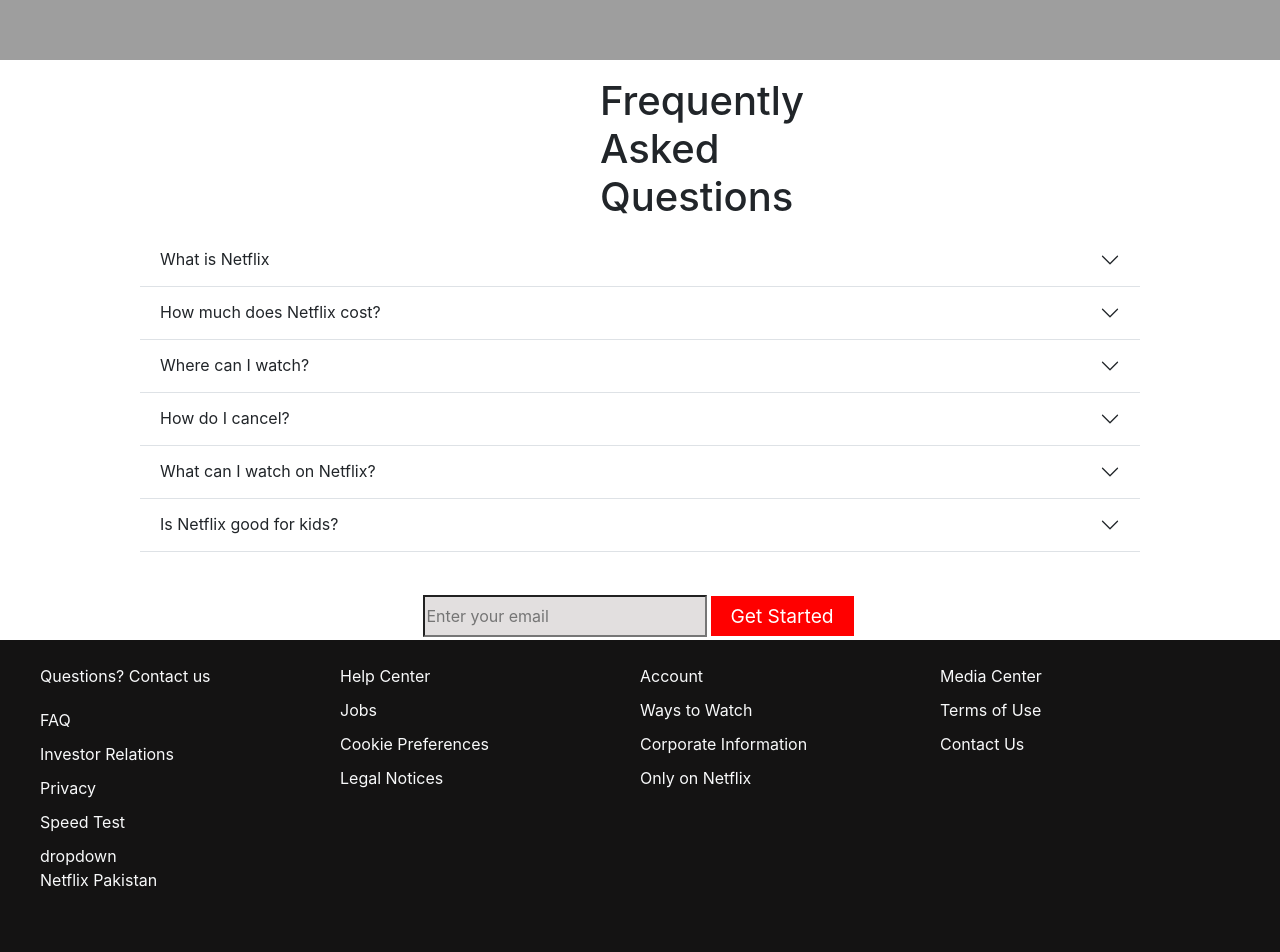
Repository: WajihaGul/Netflix-Clone
Page: /
These files come from the project's save history. The page is drawn as it stood at one moment and after the next save; the edit follows.
The browser window is 1280 px wide. The pictures show the part of the page from y = 561 to 1513 px (the page is 1513 px tall before and 1473 px after).
Pictures or frames that could not be fetched are drawn as grey boxes. The project was rebuilt for these pictures with package versions that can differ from the ones it lists, and the page was loaded fresh each time. Also part of the build but not shown: src/App.css.

Above is the page before, as saved 2024-05-24 15:28:01.

### public/index.html
<!DOCTYPE html>
<html lang="en">
  <head>
    <meta charset="utf-8" />
    <link rel="icon" href="https://encrypted-tbn0.gstatic.com/images?q=tbn:ANd9GcSJd82jZdXs8Uj9CX3mJFuRF27MZB7q_34xAg&s" />
    <meta name="viewport" content="width=device-width, initial-scale=1" />
    <meta name="theme-color" content="#000000" />
    <meta
      name="description"
      content="Web site created using create-react-app"
    />
    <link rel="apple-touch-icon" href="%PUBLIC_URL%/logo192.png" />
    <!--
      manifest.json provides metadata used when your web app is installed on a
      user's mobile device or desktop. See https://developers.google.com/web/fundamentals/web-app-manifest/
    -->
    <link rel="manifest" href="%PUBLIC_URL%/manifest.json" />
    <!--
      Notice the use of %PUBLIC_URL% in the tags above.
      It will be replaced with the URL of the `public` folder during the build.
      Only files inside the `public` folder can be referenced from the HTML.

      Unlike "/favicon.ico" or "favicon.ico", "%PUBLIC_URL%/favicon.ico" will
      work correctly both with client-side routing and a non-root public URL.
      Learn how to configure a non-root public URL by running `npm run build`.
    -->
    <title>Netflix- Watch TV Shows Online, Watch Movies Online</title>
  </head>
  <body>
    <noscript>You need to enable JavaScript to run this app.</noscript>
    <div id="root"></div>
    <!--
      This HTML file is a template.
      If you open it directly in the browser, you will see an empty page.

      You can add webfonts, meta tags, or analytics to this file.
      The build step will place the bundled scripts into the <body> tag.

      To begin the development, run `npm start` or `yarn start`.
      To create a production bundle, use `npm run build` or `yarn build`.
    -->
  </body>
</html>

### src/index.js
import "bootstrap/dist/css/bootstrap.min.css";
import React from "react";
import ReactDOM from "react-dom/client";
import "./index.css";
import App from "./App";
import reportWebVitals from "./reportWebVitals";

const root = ReactDOM.createRoot(document.getElementById("root"));
root.render(
  <React.StrictMode>
    <App />
  </React.StrictMode>
);

// If you want to start measuring performance in your app, pass a function
// to log results (for example: reportWebVitals(console.log))
// or send to an analytics endpoint. Learn more: https://bit.ly/CRA-vitals
reportWebVitals();

### src/App.js
import "./App.css";
import Footer from "./Components/Footer/Footer";
import FAQs from "./Components/FAQs/FAQs";
import SignupHere from "./Components/SignupHere/SignupHere";

function App() {
  return (
    <>
      <SignupHere />
      <FAQs />
      <Footer />
    </>
  );
}

export default App;

### src/Components/Footer/Footer.jsx
import React from "react";
import styles from "./Footer.module.css";
const Footer = () => {
  return (
    <>
      <footer className={`bg-dark text-light py-4 ${styles.mainclass}`}>
        <div className={styles.container}>
          <div className="row">
            <div className={styles.FooterHere}>
              <div className="col-lg-12">
                <p>Questions? Contact us </p>
                <ul>
                  <li>FAQ</li>
                  <li>Investor Relations</li>
                  <li>Privacy</li>
                  <li>Speed Test</li>
                  dropdown
                  <li>Netflix Pakistan</li>
                </ul>
              </div>

              <div className="col-lg-12">
                <ul>
                  <li>Help Center</li>
                  <li>Jobs</li>
                  <li>Cookie Preferences</li>
                  <li>Legal Notices</li>
                </ul>
              </div>

              <div className="col-lg-12 ">
                <ul>
                  <li>Account</li>
                  <li>Ways to Watch</li>
                  <li>Corporate Information</li>
                  <li>Only on Netflix</li>
                </ul>
              </div>

              <div className="col-lg-12 ">
                <ul>
                  <li>Media Center</li>
                  <li>Terms of Use</li>
                  <li>Contact Us</li>
                </ul>
              </div>
            </div>
          </div>
        </div>
      </footer>
    </>
  );
};

export default Footer;

### src/Components/FAQs/FAQs.jsx
import "bootstrap/dist/js/bootstrap.bundle.min.js"; // Import Bootstrap JavaScript
import React from "react";
import styles from "./FAQs.module.css";
const FAQs = () => {
  return (
    <>
      <h1 className={styles.faqh1}>Frequently Asked Questions</h1>
      <div
        className={`accordion accordion-flush id="accordionFlushExample" ${styles.container}`}
      >
        <div className="accordion-item">
          <h2 className="accordion-header">
            <button
              className="accordion-button collapsed"
              type="button"
              data-bs-toggle="collapse"
              data-bs-target="#flush-collapseOne"
              aria-expanded="false"
              aria-controls="flush-collapseOne"
            >
              What is Netflix
            </button>
          </h2>
          <div
            id="flush-collapseOne"
            className="accordion-collapse collapse"
            data-bs-parent="#accordionFlushExample"
          >
            <div className="accordion-body">
              Netflix is a streaming service that offers a wide variety of
              award-winning TV shows, movies, anime, documentaries, and more on
              thousands of internet-connected devices. You can watch as much as
              you want, whenever you want without a single commercial – all for
              one low monthly price. There's always something new to discover
              and new TV shows and movies are added every week!
            </div>
          </div>
        </div>
        <div className="accordion-item">
          <h2 className="accordion-header">
            <button
              className="accordion-button collapsed"
              type="button"
              data-bs-toggle="collapse"
              data-bs-target="#flush-collapseTwo"
              aria-expanded="false"
              aria-controls="flush-collapseTwo"
            >
              How much does Netflix cost?
            </button>
          </h2>
          <div
            id="flush-collapseTwo"
            className="accordion-collapse collapse"
            data-bs-parent="#accordionFlushExample"
          >
            <div className="accordion-body">
              Watch Netflix on your smartphone, tablet, Smart TV, laptop, or
              streaming device, all for one fixed monthly fee. Plans range from
              Rs 250 to Rs 1,100 a month. No extra costs, no contracts.
            </div>
          </div>
        </div>
        <div className="accordion-item">
          <h2 className="accordion-header">
            <button
              className="accordion-button collapsed"
              type="button"
              data-bs-toggle="collapse"
              data-bs-target="#flush-collapseThree"
              aria-expanded="false"
              aria-controls="flush-collapseThree"
            >
              Where can I watch?
            </button>
          </h2>
          <div
            id="flush-collapseThree"
            className="accordion-collapse collapse"
            data-bs-parent="#accordionFlushExample"
          >
            <div className="accordion-body">
              Watch anywhere, anytime. Sign in with your Netflix account to
              watch instantly on the web at netflix.com from your personal
              computer or on any internet-connected device that offers the
              Netflix app, including smart TVs, smartphones, tablets, streaming
              media players and game consoles. You can also download your
              favorite shows with the iOS, Android, or Windows 10 app. Use
              downloads to watch while you're on the go and without an internet
              connection. Take Netflix with you anywhere.
            </div>
          </div>
        </div>
        <div className="accordion-item">
          <h2 className="accordion-header">
            <button
              className="accordion-button collapsed"
              type="button"
              data-bs-toggle="collapse"
              data-bs-target="#flush-collapseOne"
              aria-expanded="false"
              aria-controls="flush-collapseOne"
            >
              How do I cancel?
            </button>
          </h2>
          <div
            id="flush-collapseOne"
            className="accordion-collapse collapse"
            data-bs-parent="#accordionFlushExample"
          >
            <div className="accordion-body">
              Netflix is flexible. There are no pesky contracts and no
              commitments. You can easily cancel your account online in two
              clicks. There are no cancellation fees – start or stop your
              account anytime.
            </div>
          </div>
        </div>
        <div className="accordion-item">
          <h2 className="accordion-header">
            <button
              className="accordion-button collapsed"
              type="button"
              data-bs-toggle="collapse"
              data-bs-target="#flush-collapseTwo"
              aria-expanded="false"
              aria-controls="flush-collapseTwo"
            >
              What can I watch on Netflix?
            </button>
          </h2>
          <div
            id="flush-collapseTwo"
            className="accordion-collapse collapse"
            data-bs-parent="#accordionFlushExample"
          >
            <div className="accordion-body">
              Netflix has an extensive library of feature films, documentaries,
              TV shows, anime, award-winning Netflix originals, and more. Watch
              as much as you want, anytime you want.
            </div>
          </div>
        </div>
        <div className="accordion-item">
          <h2 className="accordion-header">
            <button
              className="accordion-button collapsed"
              type="button"
              data-bs-toggle="collapse"
              data-bs-target="#flush-collapseThree"
              aria-expanded="false"
              aria-controls="flush-collapseThree"
            >
              Is Netflix good for kids?
            </button>
          </h2>
          <div
            id="flush-collapseThree"
            className="accordion-collapse collapse"
            data-bs-parent="#accordionFlushExample"
          >
            <div className="accordion-body">
              The Netflix Kids experience is included in your membership to give
              parents control while kids enjoy family-friendly TV shows and
              movies in their own space. Kids profiles come with PIN-protected
              parental controls that let you restrict the maturity rating of
              content kids can watch and block specific titles you don’t want
              kids to see.
            </div>
          </div>
        </div>
        <div>
          <p className={styles.SignupText}>
            Ready to watch? Enter your email to create or restart your
            membership
          </p>
          <div className={styles.signupwithbtn}>
            <input
              className={styles.SignupForm}
              type="email"
              id="email"
              name="email"
              placeholder="Enter your email"
              required
            />
            <button className={styles.SignUpBtn}>Get Started</button>
          </div>
        </div>
      </div>
    </>
  );
};
export default FAQs;

### src/Components/SignupHere/SignupHere.jsx
import styles from "./SignupHere.module.css";

const SignupHere = () => {
  return (
    <>
      <div className={styles.imgContainer}>
        <div className={`expand-lg bg-body-tertiary ${styles.navcontainer} `}>
          <h1>NETFLIX</h1>
          className={`expand-lg bg-body-tertiary ${styles.navcontainer} `}
          <div className="container-fluid">
            <a className={styles.brand} href="#">
              <span className={styles.navstyle}>NETFLIX</span>
            </a>

            <button className={styles.navbtn} type="submit">
              Sign in
            </button>
          </div>
          <div className={styles.SignupTextDiv}>
            <h1 className={styles.SignupText}>
              Unlimited movies, TV shows, and more
            </h1>
            <p className={styles.SignupText}>Watch anywhere. Cancel anytime.</p>
            <p className={styles.SignupText}>
              Ready to watch? Enter your email to create or restart your
              membership
            </p>
            <div>
              <input
                className={styles.SignupForm}
                type="email"
                id="email"
                name="email"
                placeholder="Enter your email"
                required
              />
              <button className={styles.SignUpBtn}>Get Started</button>
            </div>
          </div>
        </div>
      </div>
    </>
  );
};

export default SignupHere;

### src/Components/Footer/Footer.module.css
.mainclass{
    background-color: #141313 !important;
}
.container {
    max-width: 1200px;
    margin: 0 auto;

  }

  .FooterHere {
    display: flex;
    flex-wrap: wrap;
    justify-content: space-between;
  }

  .FooterHere > div {
    flex: 1;
    min-width: 200px;
    margin-bottom: 20px;
  }

  ul {
    list-style: none;
    padding: 0;
  }

  ul li {
    margin-bottom: 10px;
    cursor: pointer;
  }

  ul li:hover {
    text-decoration: underline;
  }

  footer p {
    margin-bottom: 20px;
  }

  @media (max-width: 768px) {
    .FooterHere {
      flex-direction: column;
      align-items: flex-start;
    }

    .FooterHere > div {
      min-width: 100%;
    }
  }

### src/Components/FAQs/FAQs.module.css
.container{
   width:1000px;
   margin: 0 auto;
}

.faqh1{
   padding-left: 600px;
   padding-right: 600px;
   padding-bottom: 5px;
   padding-top: 17px;
}
.SignUpBtn{
   background: red;
   color: white;
   height: 40px;
   width: 143px;
   margin: 4px;
   /* border-radius: 7px; */
   border: none;
   font-size: larger;
}

.SignupText{
   color: white;
   align-items: center;
   justify-content: center;
   display: flex;
   flex-direction: column;
}

.SignupForm{
   width: 284px;
   height: 42px;
   background: #e2dfdf;
}
.signupwithbtn{
   align-items: center;
   justify-content: center;
   display: flex;
   flex-direction: row;
}

### src/Components/SignupHere/SignupHere.module.css
.imgContainer{
    margin-top: -79px;
    height: 700px;
    width: 100%;
    background-image: url(https://assets.nflxext.com/ffe/siteui/vlv3/a99688ca-33c3-4099-9baa-07a2e2acb398/0279102c-4f3f-4ed2-a283-cce57434d595/PK-en-20240520-popsignuptwoweeks-perspective_alpha_website_large.jpg);
}


.navbtn {
    background: #e61c1c;
    color: white;
    /* padding: 4px 17px; */
    border-radius: 7px;
    border: none;
    font-size: medium;
    font-family: emoji;
    margin-left: 343px;
    margin-right: 343px;
    padding-top: 4px;
    padding-bottom: 4px;
    height: 32px;
    width: 71px;
    margin-top: 2px;
    margin-bottom: 2px;
}

.navstyle{
    color: red;
    font-size: xx-large;
    font-family: emoji;
    padding-left: 343px;
    padding-right: 343px;
    padding-top: 10px;
    padding-bottom: 10px;
}

.navcontainer{
    background-color: transparent !important;
}
.SignupText{
    color: white;
    align-items: center;
    justify-content: center;
    display: flex;
    flex-direction: column;
}
.SignupTextDiv{
    color: white;
    align-items: center;
    justify-content: center;
    display: flex;
    flex-direction: column;
    margin-top: 170px;
}
.SignupForm{
    width: 284px;
    height: 42px;
    background: #e2dfdf;
}
.SignUpBtn{
    background: red;
    color: white;
    height: 40px;
    width: 143px;
    margin: 4px;
    /* border-radius: 7px; */
    border: none;
    font-size: larger;
}

Loaded but not shown: src/index.css (common file); src/reportWebVitals.js (common file)

After the next save:
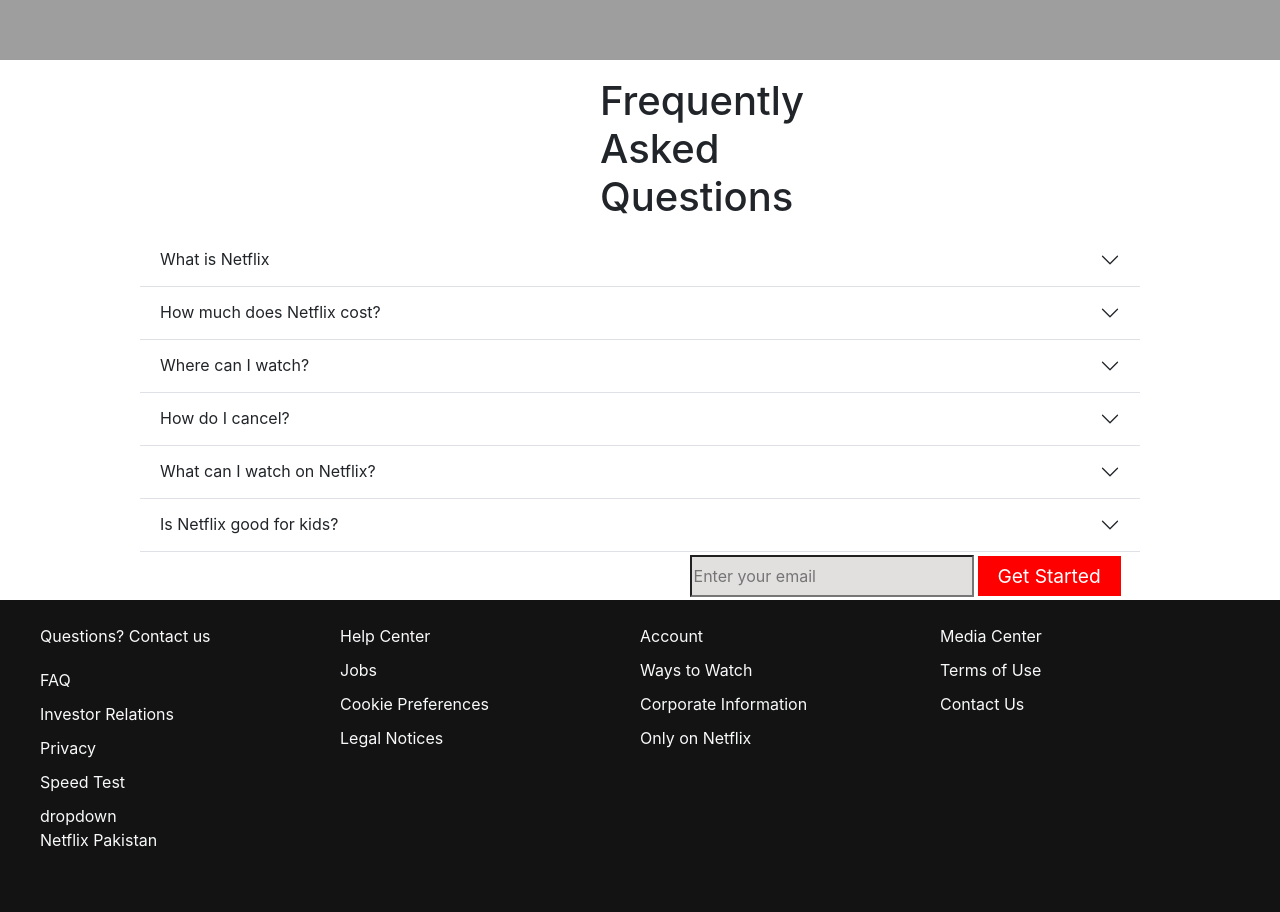
Saved 7 s later.
--- a/src/Components/FAQs/FAQs.jsx
+++ b/src/Components/FAQs/FAQs.jsx
@@ -171,11 +171,12 @@
           </div>
         </div>
         <div>
-          <p className={styles.SignupText}>
-            Ready to watch? Enter your email to create or restart your
-            membership
-          </p>
           <div className={styles.signupwithbtn}>
+            <p className={styles.SignupText}>
+              Ready to watch? Enter your email to create or restart your
+              membership
+            </p>
+
             <input
               className={styles.SignupForm}
               type="email"

After the save that followed:
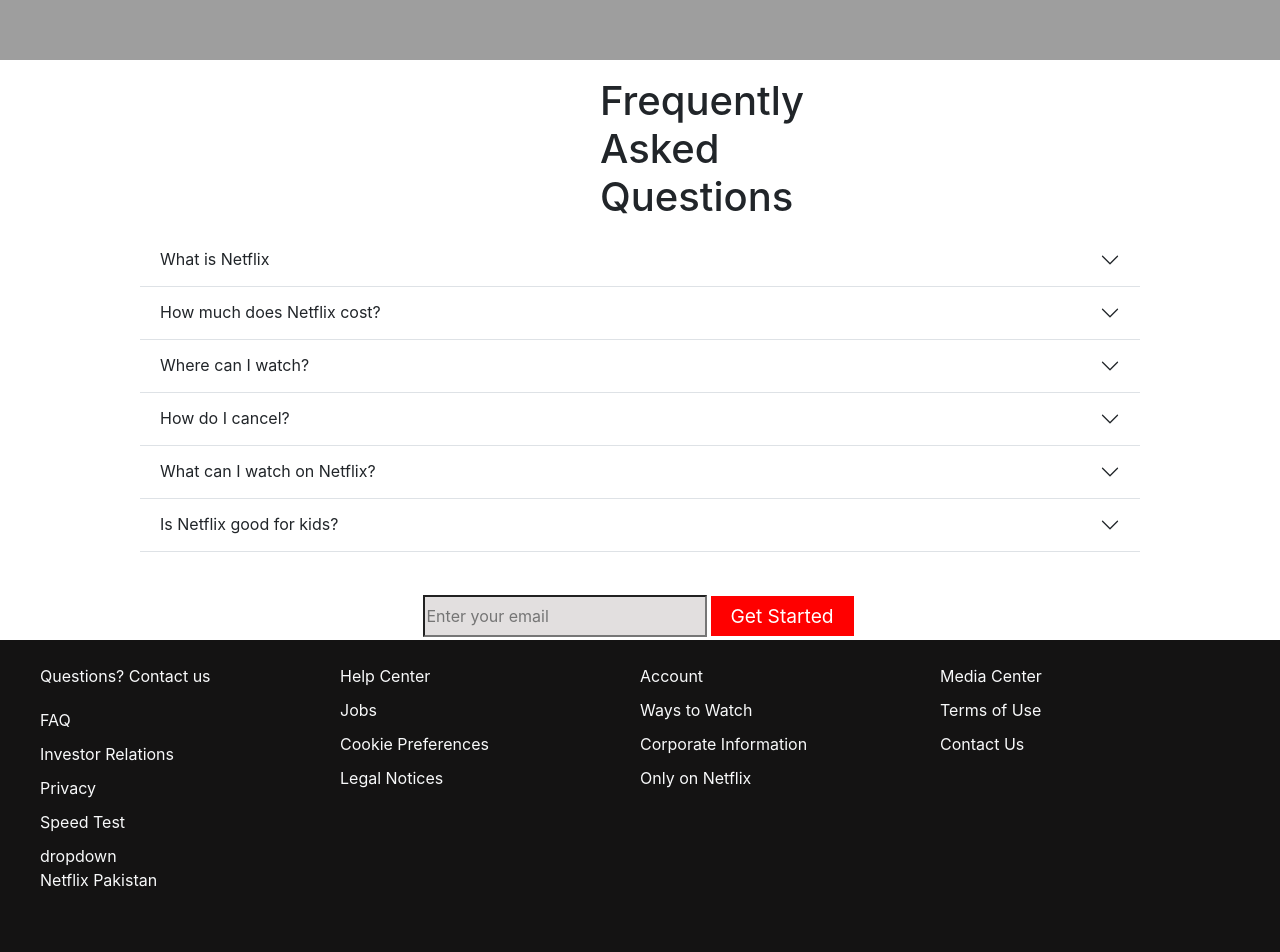
Saved 16 s later.
--- a/src/Components/FAQs/FAQs.jsx
+++ b/src/Components/FAQs/FAQs.jsx
@@ -171,12 +171,11 @@
           </div>
         </div>
         <div>
+          <p className={styles.SignupText}>
+            Ready to watch? Enter your email to create or restart your
+            membership
+          </p>
           <div className={styles.signupwithbtn}>
-            <p className={styles.SignupText}>
-              Ready to watch? Enter your email to create or restart your
-              membership
-            </p>
-
             <input
               className={styles.SignupForm}
               type="email"
